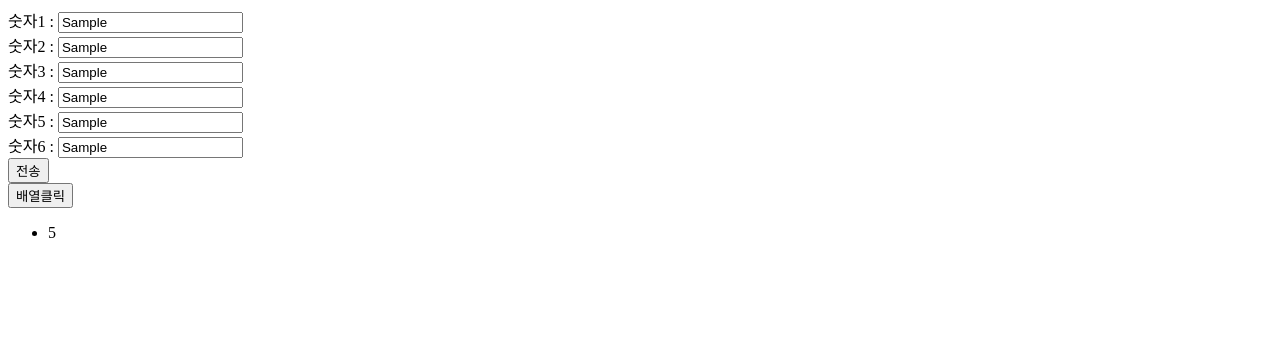
Repository: baeyoomi/version
Page: web/src/main/webapp/lotto.html
An editor plug-in stored every save of this project. The page is shown before and after the next save, followed by the edit.
The browser window is 1280 px wide. The pictures show the whole page.
Empty fields were first filled with sample values (such as "Sample", 5 or name@example.com).
After loading, the first visible `input[onclick="bbb()"]` was clicked once.

Above is the page before, as saved 2023-08-09 02:05:04.

After the next save:
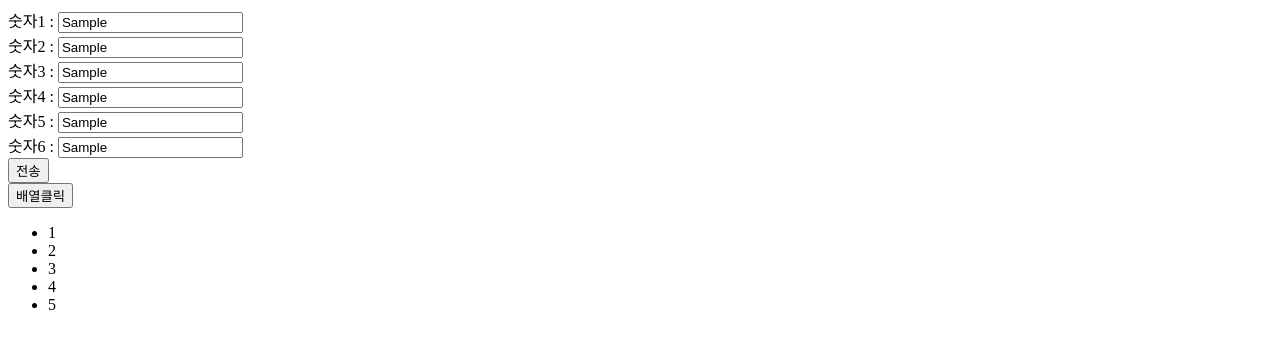
Saved 2 min 7 s later.
--- a/web/src/main/webapp/lotto.html
+++ b/web/src/main/webapp/lotto.html
@@ -32,7 +32,7 @@
 
 			var w = 0;
 			while(w < d.length){
-				document.getElementById("uldata").innerHTML ="<li>"+d[w]+"</li>" ;
+				document.getElementById("uldata").innerHTML += "<li>"+d[w]+"</li>" ;
 				w++;
 			}
 		}
